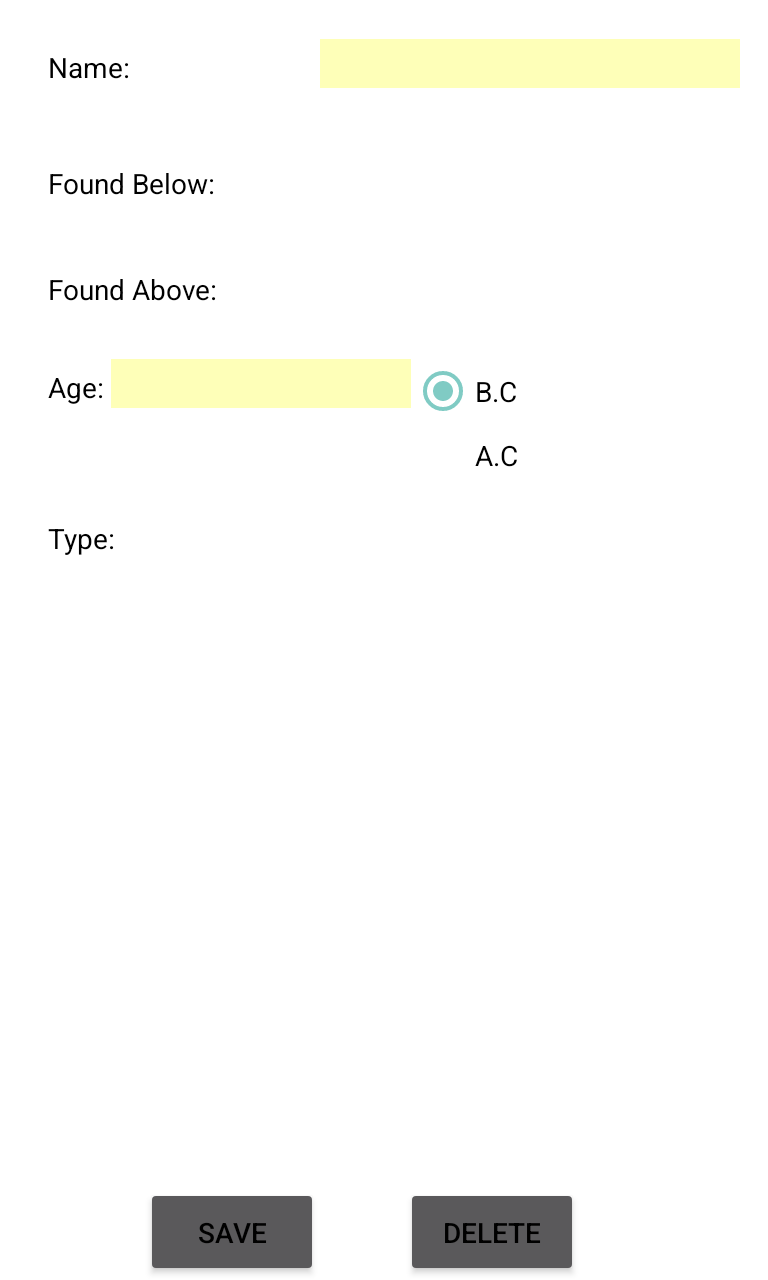
Repository: qfornaguera/AppQuelogy
Layout: AppQueology/res/layout/activity_artifact.xml
The author's editor kept a copy of each file at every save. The layout is drawn from the files as they stood at one save, then again after the next save.
It is drawn on a 768 x 1280 px phone screen (xhdpi) without system bars, with theme Theme.AppCompat; the app's code is not run.

Above is the layout before, as saved 2014-05-26 20:07:31.

### AppQueology/res/layout/activity_artifact.xml
<RelativeLayout xmlns:tools="http://schemas.android.com/tools"
    xmlns:android="http://schemas.android.com/apk/res/android"
    android:layout_width="wrap_content"
    android:layout_height="wrap_content"
    tools:context="com.example.appqueology.ArtifactActivity"
    android:background="#ffffff" >

	<ScrollView
	    android:layout_width="wrap_content"
	    android:layout_height="wrap_content" >

		<RelativeLayout
		    android:id="@+id/container"
		    android:layout_width="wrap_content"
		    android:layout_height="594dp"
		    android:background="#ffffff"
		    tools:ignore="MergeRootFrame" >

		    <EditText
		        android:id="@+id/editText1"
		        android:layout_width="wrap_content"
		        android:layout_height="wrap_content"
		        android:layout_alignBaseline="@+id/textView1"
		        android:layout_alignBottom="@+id/textView1"
		        android:layout_alignParentRight="true"
		        android:layout_marginRight="14dp"
		        android:background="#FEFFB8"
		        android:ems="10"
		        android:maxLength="25"
		        android:paddingLeft="10dp"
		        android:textColor="#000000" >

		    </EditText>

		    <TextView
		        android:id="@+id/textView1"
		        android:layout_width="wrap_content"
		        android:layout_height="wrap_content"
		        android:layout_alignParentLeft="true"
		        android:layout_alignParentTop="true"
		        android:layout_marginLeft="24dp"
		        android:layout_marginTop="24dp"
		        android:text="Name: "
		        android:textColor="#000000" />



		    <TextView
		        android:id="@+id/textView2"
		        android:layout_width="wrap_content"
		        android:layout_height="wrap_content"
		        android:layout_alignLeft="@+id/textView1"
		        android:layout_below="@+id/editText1"
		        android:layout_marginTop="38dp"
		        android:text="Found Below: "
		        android:textAppearance="?android:attr/textAppearanceSmall"
		        android:textColor="#000000" />

		    <TextView
		        android:id="@+id/textView3"
		        android:layout_width="wrap_content"
		        android:layout_height="wrap_content"
		        android:layout_alignBaseline="@+id/textView2"
		        android:layout_alignBottom="@+id/textView2"
		        android:layout_alignRight="@+id/editText1"
		        android:layout_toRightOf="@+id/textView2"
		        android:ems="10"
		        android:textColor="#000000" />

		    <TextView
		        android:id="@+id/textView4"
		        android:layout_width="wrap_content"
		        android:layout_height="wrap_content"
		        android:layout_alignLeft="@+id/textView2"
		        android:layout_below="@+id/textView2"
		        android:layout_marginTop="34dp"
		        android:text="Found Above: "
		        android:textAppearance="?android:attr/textAppearanceSmall"
		        android:textColor="#000000" />

		    <TextView
		        android:id="@+id/textView5"
		        android:layout_width="wrap_content"
		        android:layout_height="wrap_content"
		        android:layout_alignBaseline="@+id/textView4"
		        android:layout_alignBottom="@+id/textView4"
		        android:layout_alignParentRight="true"
		        android:layout_toRightOf="@+id/textView4"
		        android:textColor="#000000" />

		    <TextView
		        android:id="@+id/textView6"
		        android:layout_width="wrap_content"
		        android:layout_height="wrap_content"
		        android:layout_alignLeft="@+id/textView4"
		        android:layout_below="@+id/textView4"
		        android:layout_marginTop="30dp"
		        android:text="Age: "
		        android:textColor="#000000" />

		    <EditText
		        android:id="@+id/editText2"
		        android:layout_width="wrap_content"
		        android:layout_height="wrap_content"
		        android:layout_alignBaseline="@+id/textView6"
		        android:layout_alignBottom="@+id/textView6"
		        android:layout_toRightOf="@+id/textView6"
		        android:background="#FEFFB8"
		        android:ems="10"
		        android:inputType="numberSigned"
		        android:paddingLeft="10dp"
		        android:textColor="#000000"
		        android:width="150dp" />

		    <RadioGroup
		        android:id="@+id/radioGroup1"
		        android:layout_width="wrap_content"
		        android:layout_height="wrap_content"
		        android:layout_alignTop="@+id/editText2"
		        android:layout_toRightOf="@+id/editText2"
		        android:width="50dp" >

		        <RadioButton
		            android:id="@+id/radio0"
		            android:layout_width="wrap_content"
		            android:layout_height="wrap_content"
		            android:checked="true"
		            android:text="B.C"
		            android:textColor="#000000" />

		        <RadioButton
		            android:id="@+id/radio1"
		            android:layout_width="wrap_content"
		            android:layout_height="wrap_content"
		            android:text="A.C"
		            android:textColor="#000000" />
		    </RadioGroup>

		    <TextView
		        android:id="@+id/textView7"
		        android:layout_width="wrap_content"
		        android:layout_height="wrap_content"
		        android:layout_alignLeft="@+id/textView6"
		        android:layout_below="@+id/radioGroup1"
		        android:layout_marginTop="16dp"
		        android:text="Type: "
		        android:textColor="#000000" />

		</RelativeLayout>
	</ScrollView>

    <Button
        android:id="@+id/delete"
        android:layout_width="wrap_content"
        android:layout_height="wrap_content"
        android:layout_alignParentBottom="true"
        android:layout_marginLeft="42dp"
        android:layout_toRightOf="@+id/save"
        android:text="Delete"
        android:textColor="#000000" />

    <Button
        android:id="@+id/save"
        android:layout_width="wrap_content"
        android:layout_height="wrap_content"
        android:layout_alignParentBottom="true"
        android:layout_alignParentLeft="true"
        android:layout_marginLeft="72dp"
        android:text="Save"
        android:textColor="#000000" />

</RelativeLayout>

After the next save:
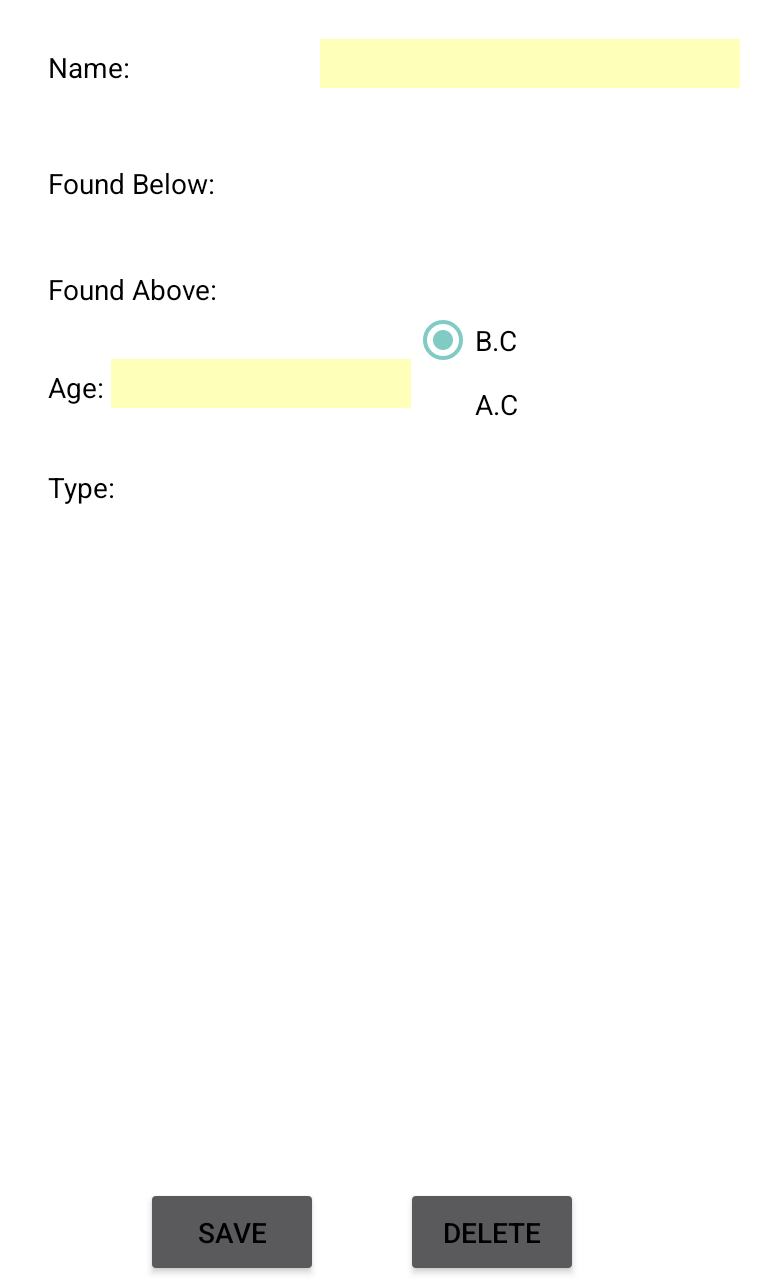
Saved 29 min 36 s later.
--- a/AppQueology/res/layout/activity_artifact.xml
+++ b/AppQueology/res/layout/activity_artifact.xml
@@ -112,11 +112,21 @@
 		        android:textColor="#000000"
 		        android:width="150dp" />
 
+		    <TextView
+		        android:id="@+id/textView7"
+		        android:layout_width="wrap_content"
+		        android:layout_height="wrap_content"
+		        android:layout_alignLeft="@+id/textView6"
+		        android:layout_below="@+id/radioGroup1"
+		        android:layout_marginTop="16dp"
+		        android:text="Type: "
+		        android:textColor="#000000" />
+
 		    <RadioGroup
 		        android:id="@+id/radioGroup1"
 		        android:layout_width="wrap_content"
 		        android:layout_height="wrap_content"
-		        android:layout_alignTop="@+id/editText2"
+		        android:layout_below="@+id/textView5"
 		        android:layout_toRightOf="@+id/editText2"
 		        android:width="50dp" >
 
@@ -135,16 +145,6 @@
 		            android:text="A.C"
 		            android:textColor="#000000" />
 		    </RadioGroup>
-
-		    <TextView
-		        android:id="@+id/textView7"
-		        android:layout_width="wrap_content"
-		        android:layout_height="wrap_content"
-		        android:layout_alignLeft="@+id/textView6"
-		        android:layout_below="@+id/radioGroup1"
-		        android:layout_marginTop="16dp"
-		        android:text="Type: "
-		        android:textColor="#000000" />
 
 		</RelativeLayout>
 	</ScrollView>
